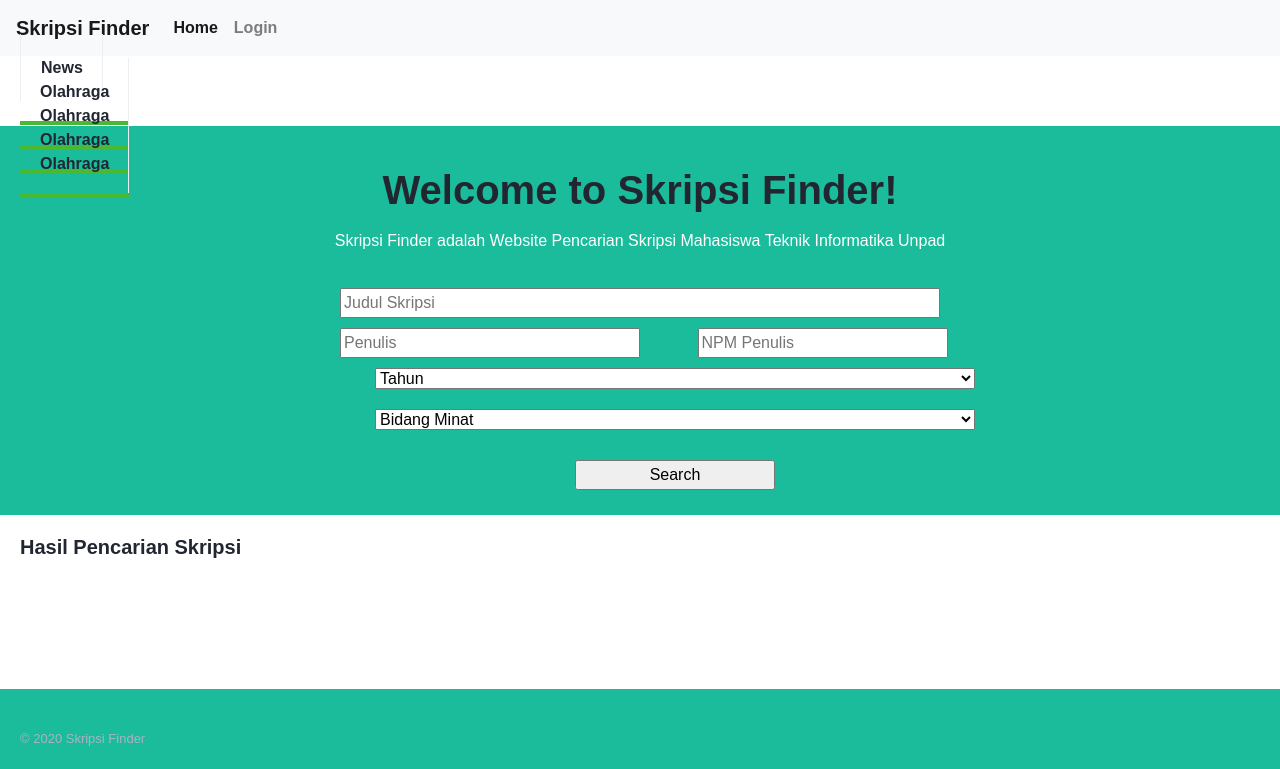
Repository: faalihnst/berita
Page: /
An editor plug-in stored every save of this project. The page is shown before and after the next save, followed by the edit.
The browser window is 1280 px wide. The pictures show the whole page.
The project was rebuilt for these pictures with package versions that can differ from the ones it lists, and the page was loaded fresh each time.

Above is the page before, as saved 2020-06-05 00:21:55.

After the next save:
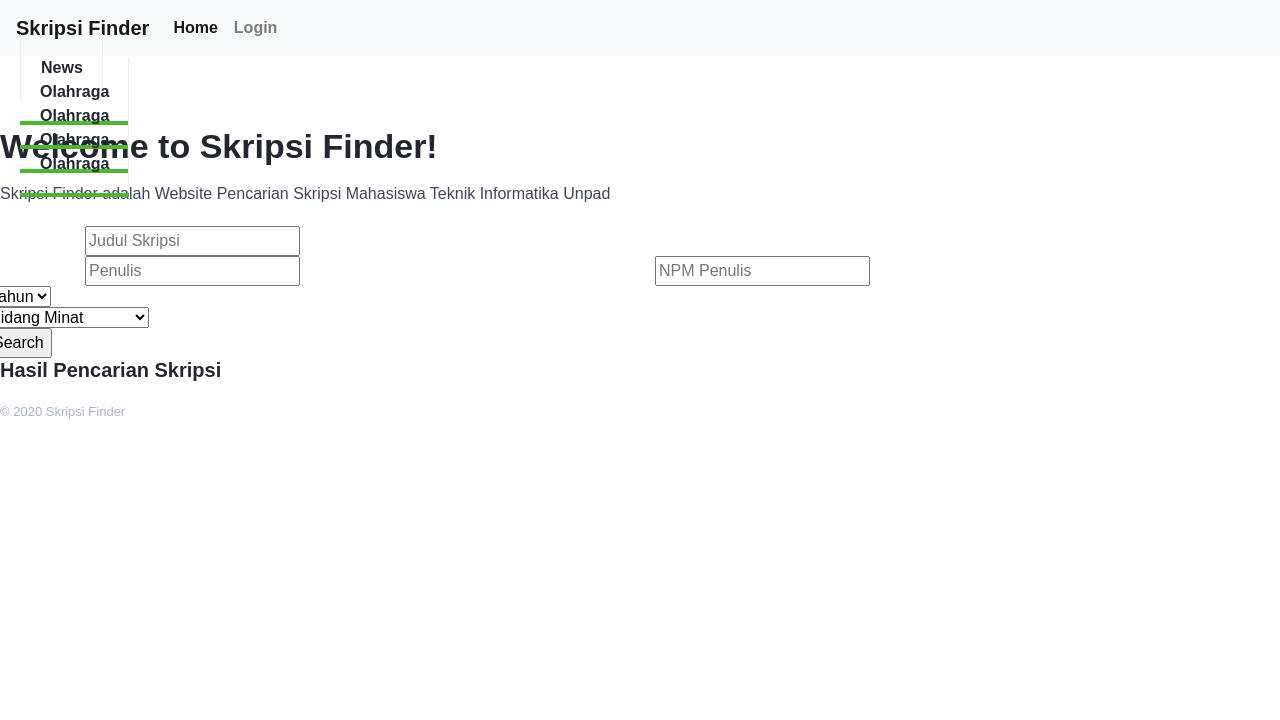
Saved 25 s later.
--- a/src/App.js
+++ b/src/App.js
@@ -1,7 +1,7 @@
 import React, {useState} from 'react';
 import axios from 'axios';
 import qs from 'qs';
-import './assets/style.css';
+// import './assets/style.css';
 
 import 'bootstrap/dist/css/bootstrap.min.css';
 // import { MDBCol, MDBFormInline, MDBIcon } from "mdbreact";

After the save that followed:
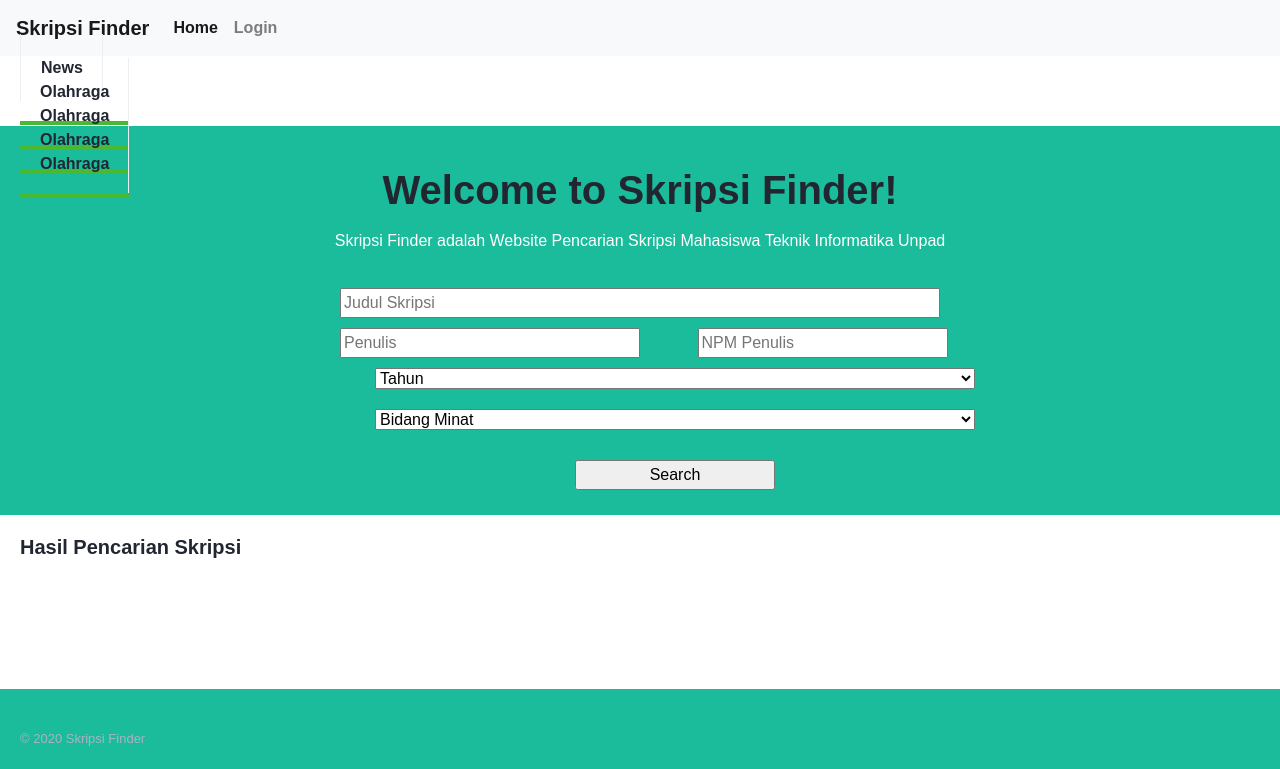
Saved 22 s later.
--- a/src/App.js
+++ b/src/App.js
@@ -1,7 +1,7 @@
 import React, {useState} from 'react';
 import axios from 'axios';
 import qs from 'qs';
-// import './assets/style.css';
+import './assets/style.css';
 
 import 'bootstrap/dist/css/bootstrap.min.css';
 // import { MDBCol, MDBFormInline, MDBIcon } from "mdbreact";
